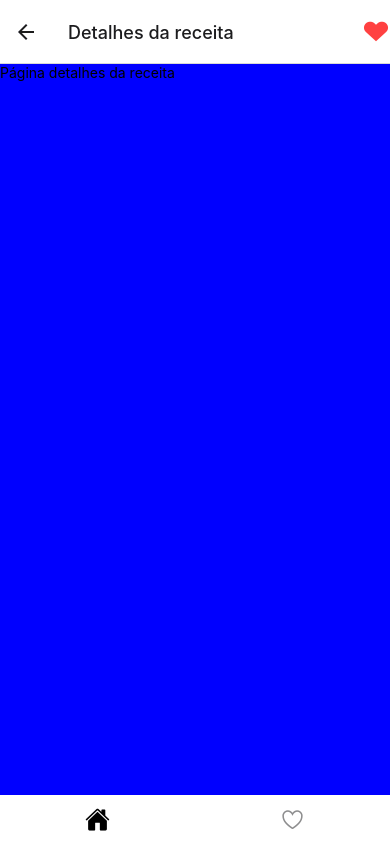
Repository: pheonix5/Receitas
Screen: /Detail
The author's editor kept a copy of each file at every save. The screen is drawn from the files as they stood at one save, then again after the next save.
The page's requests for data from a server got no answer. The app was drawn by React Native's web renderer in a window 390 px wide. The project was rebuilt for these pictures with package versions that can differ from the ones it lists, and the page was loaded fresh each time. No one was signed in, and anything a server would have sent is missing. Also part of the build but not shown: src/components/foodlist/index.js, src/pages/search/index.js, src/pages/favorites/index.js.

Above is the screen before, as saved 2023-04-08 20:01:04.

After the next save:
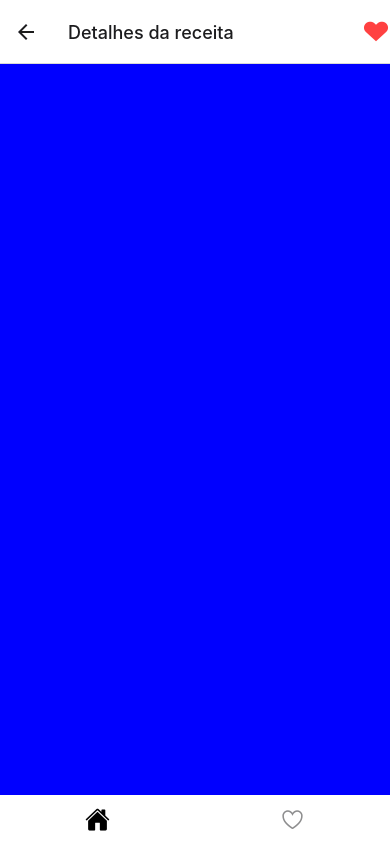
Saved 66 s later.
--- a/src/pages/detail/index.js
+++ b/src/pages/detail/index.js
@@ -1,5 +1,5 @@
 import React, { useLayoutEffect} from "react";
-import { View, Text, StyleSheet, Pressable, ScrollView } from 'react-native'
+import { View, Text, StyleSheet, Pressable, ScrollView, Image } from 'react-native'
 import { useRoute, useNavigation } from '@react-navigation/native'
 
 import { Entypo } from '@expo/vector-icons'
@@ -27,8 +27,9 @@ export default function Detail({  }){
 
     return(
         <ScrollView style={styles.container} showsVerticalScrollIndicator={false}>
-            <Text>Página detalhes da receita</Text>
-            <Text>{route.params?.data.name}</Text>
+            <Pressable>
+
+            </Pressable>
         </ScrollView>
     )
 }
